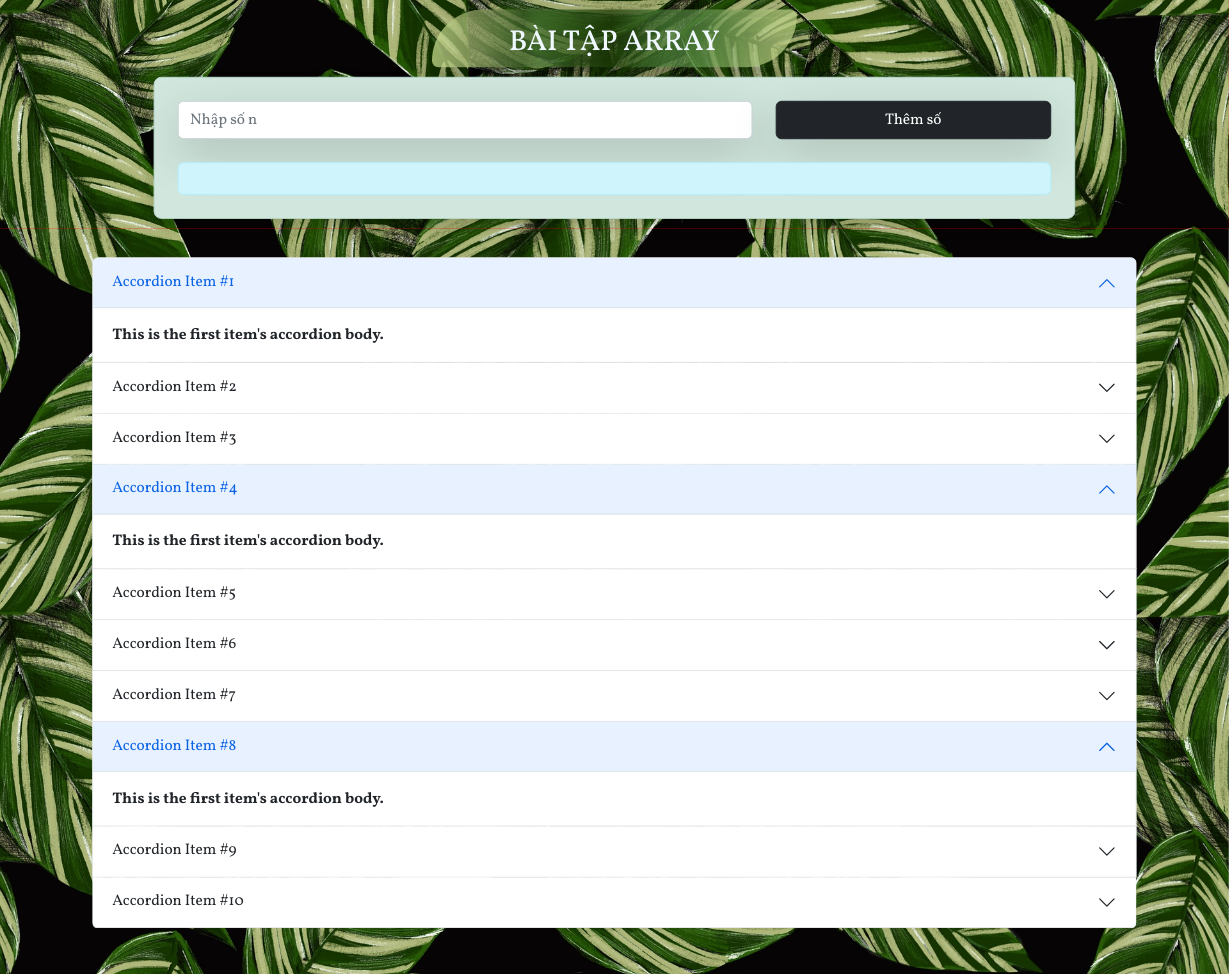
Repository: hcozyph/TranHuuPhuoc_BC43_BT_JS_Buoi7_8_ARRAY
Page: index.html
The author's editor kept a copy of each file at every save. The page is drawn from the files as they stood at one save, then again after the next save.
The browser window is 1280 px wide. The pictures show the whole page, at 96% of full size.
Backgrounds fixed to the window are drawn as part of the page.

Above is the page before, as saved 2023-02-22 17:06:11.

### index.html
<!DOCTYPE html>
<html lang="en">
    <head>
        <title>BT Array</title>
        <!-- Required meta tags -->
        <meta charset="utf-8" />
        <meta
            name="viewport"
            content="width=device-width, initial-scale=1, shrink-to-fit=no"
        />
        <!-- font -->
        <link rel="preconnect" href="https://fonts.googleapis.com" />
        <link rel="preconnect" href="https://fonts.gstatic.com" crossorigin />
        <link
            href="https://fonts.googleapis.com/css2?family=Fraunces:ital,opsz,wght@0,9..144,600;0,9..144,700;1,9..144,300;1,9..144,400;1,9..144,500;1,9..144,600;1,9..144,700;1,9..144,800&family=Vollkorn:ital,wght@0,400;0,500;0,600;0,700;0,800;0,900;1,400;1,500;1,600;1,700;1,800;1,900&display=swap"
            rel="stylesheet"
        />
        <!-- Bootstrap CSS v5.2.1 -->
        <link
            href="https://cdn.jsdelivr.net/npm/bootstrap@5.2.1/dist/css/bootstrap.min.css"
            rel="stylesheet"
            integrity="sha384-iYQeCzEYFbKjA/T2uDLTpkwGzCiq6soy8tYaI1GyVh/UjpbCx/TYkiZhlZB6+fzT"
            crossorigin="anonymous"
        />

        <!-- index.css -->
        <link rel="stylesheet" href="./css/index.css" />
    </head>

    <body>
        <div class="container">
            <div class="bt-array-top">
                <div class="bt-array-title pt-2 shadow-lg">
                    <h1
                        class="text-center shadow-lg p-2"
                        ;
                        style="font-size: 30px"
                    >
                        BÀI TẬP ARRAY
                    </h1>
                </div>

                <div
                    id="mainArray"
                    class="alert alert-success rounded-3 shadow p-4"
                    style="margin: 10px auto; width: 75%"
                >
                    <div class="row row-cols-3">
                        <div class="col-8">
                            <input
                                id="user-input"
                                type="number"
                                class="form-control shadow-lg py-2"
                                placeholder="Nhập số n"
                                style="height: 100%"
                            />
                        </div>
                        <div class="col">
                            <button
                                id="user-btn"
                                class="btn btn-dark shadow-lg"
                                style="height: 100%; width: 100%"
                            >
                                Thêm số
                            </button>
                        </div>
                    </div>

                    <div
                        class="alert alert-info mt-4 mb-0 text-break"
                        style="display: block"
                        role="alert"
                    >
                        <span id="user-array" style="display: block"></span>
                    </div>
                </div>
            </div>

            <div class="bt-array-content p-xl-5 p-4 mx-5">
                <div class="accordion" id="accordionExample">
                    <!-- Task 1 -->
                    <div class="accordion-item" id="bt1">
                        <h2 class="accordion-header" id="headingOne">
                            <button
                                class="accordion-button"
                                type="button"
                                data-bs-toggle="collapse"
                                data-bs-target="#collapseOne"
                                aria-expanded="true"
                                aria-controls="collapseOne"
                            >
                                Accordion Item #1
                            </button>
                        </h2>
                        <div
                            id="collapseOne"
                            class="accordion-collapse collapse show"
                            aria-labelledby="headingOne"
                            data-bs-parent="#accordionExample"
                        >
                            <div class="accordion-body">
                                <strong
                                    >This is the first item's accordion
                                    body.</strong
                                >
                            </div>
                        </div>
                    </div>
                    <!-- End-Task 1 -->

                    <!-- Task 2 -->
                    <div class="accordion-item">
                        <h2 class="accordion-header" id="headingTwo">
                            <button
                                class="accordion-button collapsed"
                                type="button"
                                data-bs-toggle="collapse"
                                data-bs-target="#collapseTwo"
                                aria-expanded="false"
                                aria-controls="collapseTwo"
                            >
                                Accordion Item #2
                            </button>
                        </h2>
                        <div
                            id="collapseTwo"
                            class="accordion-collapse collapse"
                            aria-labelledby="headingTwo"
                            data-bs-parent="#accordionExample"
                        >
                            <div class="accordion-body">
                                <strong
                                    >This is the second item's accordion
                                    body.</strong
                                >
                            </div>
                        </div>
                    </div>
                    <!-- End-Task 2 -->

                    <!-- Task 3 -->
                    <div class="accordion-item">
                        <h2 class="accordion-header" id="headingThree">
                            <button
                                class="accordion-button collapsed"
                                type="button"
                                data-bs-toggle="collapse"
                                data-bs-target="#collapseThree"
                                aria-expanded="false"
                                aria-controls="collapseThree"
                            >
                                Accordion Item #3
                            </button>
                        </h2>
                        <div
                            id="collapseThree"
                            class="accordion-collapse collapse"
                            aria-labelledby="headingThree"
                            data-bs-parent="#accordionExample"
                        >
                            <div class="accordion-body">
                                <strong
                                    >This is the third item's accordion
                                    body.</strong
                                >
                            </div>
                        </div>
                    </div>
                    <!-- End-Task 3 -->

                    <!-- Task 4 -->
                    <div class="accordion-item">
                        <h2 class="accordion-header" id="headingFour">
                            <button
                                class="accordion-button"
                                type="button"
                                data-bs-toggle="collapse"
                                data-bs-target="#collapseFour"
                                aria-expanded="true"
                                aria-controls="collapseFour"
                            >
                                Accordion Item #4
                            </button>
                        </h2>
                        <div
                            id="collapseFour"
                            class="accordion-collapse collapse show"
                            aria-labelledby="headingFour"
                            data-bs-parent="#accordionExample"
                        >
                            <div class="accordion-body">
                                <strong
                                    >This is the first item's accordion
                                    body.</strong
                                >
                            </div>
                        </div>
                    </div>
                    <!-- End-Task 4 -->

                    <!-- Task 5 -->
                    <div class="accordion-item">
                        <h2 class="accordion-header" id="headingFive">
                            <button
                                class="accordion-button collapsed"
                                type="button"
                                data-bs-toggle="collapse"
                                data-bs-target="#collapseFive"
                                aria-expanded="false"
                                aria-controls="collapseFive"
                            >
                                Accordion Item #5
                            </button>
                        </h2>
                        <div
                            id="collapseFive"
                            class="accordion-collapse collapse"
                            aria-labelledby="headingFive"
                            data-bs-parent="#accordionExample"
                        >
                            <div class="accordion-body">
                                <strong
                                    >This is the second item's accordion
                                    body.</strong
                                >
                            </div>
                        </div>
                    </div>
                    <!-- End-Task 5 -->

                    <!-- Task 6 -->
                    <div class="accordion-item">
                        <h2 class="accordion-header" id="headingSix">
                            <button
                                class="accordion-button collapsed"
                                type="button"
                                data-bs-toggle="collapse"
                                data-bs-target="#collapseSix"
                                aria-expanded="false"
                                aria-controls="collapseSix"
                            >
                                Accordion Item #6
                            </button>
                        </h2>
                        <div
                            id="collapseSix"
                            class="accordion-collapse collapse"
                            aria-labelledby="headingSix"
                            data-bs-parent="#accordionExample"
                        >
                            <div class="accordion-body">
                                <strong
                                    >This is the third item's accordion
                                    body.</strong
                                >
                            </div>
                        </div>
                    </div>
                    <!-- End-Task 6 -->

                    <!-- Task 7 -->
                    <div class="accordion-item">
                        <h2 class="accordion-header" id="headingSeven">
                            <button
                                class="accordion-button collapsed"
                                type="button"
                                data-bs-toggle="collapse"
                                data-bs-target="#collapseSeven"
                                aria-expanded="false"
                                aria-controls="collapseSeven"
                            >
                                Accordion Item #7
                            </button>
                        </h2>
                        <div
                            id="collapseSeven"
                            class="accordion-collapse collapse"
                            aria-labelledby="headingSeven"
                            data-bs-parent="#accordionExample"
                        >
                            <div class="accordion-body">
                                <strong
                                    >This is the third item's accordion
                                    body.</strong
                                >
                            </div>
                        </div>
                    </div>
                    <!-- End-Task 7 -->

                    <!-- Task 8 -->
                    <div class="accordion-item">
                        <h2 class="accordion-header" id="headingEight">
                            <button
                                class="accordion-button"
                                type="button"
                                data-bs-toggle="collapse"
                                data-bs-target="#collapseEight"
                                aria-expanded="true"
                                aria-controls="collapseEight"
                            >
                                Accordion Item #8
                            </button>
                        </h2>
                        <div
                            id="collapseEight"
                            class="accordion-collapse collapse show"
                            aria-labelledby="headingEight"
                            data-bs-parent="#accordionExample"
                        >
                            <div class="accordion-body">
                                <strong
                                    >This is the first item's accordion
                                    body.</strong
                                >
                            </div>
                        </div>
                    </div>
                    <!-- End-Task 8 -->

                    <!-- Task 9 -->
                    <div class="accordion-item">
                        <h2 class="accordion-header" id="headingNine">
                            <button
                                class="accordion-button collapsed"
                                type="button"
                                data-bs-toggle="collapse"
                                data-bs-target="#collapseNine"
                                aria-expanded="false"
                                aria-controls="collapseNine"
                            >
                                Accordion Item #9
                            </button>
                        </h2>
                        <div
                            id="collapseNine"
                            class="accordion-collapse collapse"
                            aria-labelledby="headingNine"
                            data-bs-parent="#accordionExample"
                        >
                            <div class="accordion-body">
                                <strong
                                    >This is the second item's accordion
                                    body.</strong
                                >
                            </div>
                        </div>
                    </div>
                    <!-- End-Task 9 -->

                    <!-- Task 10 -->
                    <div class="accordion-item">
                        <h2 class="accordion-header" id="headingTen">
                            <button
                                class="accordion-button collapsed"
                                type="button"
                                data-bs-toggle="collapse"
                                data-bs-target="#collapseTen"
                                aria-expanded="false"
                                aria-controls="collapseTen"
                            >
                                Accordion Item #10
                            </button>
                        </h2>
                        <div
                            id="collapseTen"
                            class="accordion-collapse collapse"
                            aria-labelledby="headingTen"
                            data-bs-parent="#accordionExample"
                        >
                            <div class="accordion-body">
                                <strong
                                    >This is the third item's accordion
                                    body.</strong
                                >
                            </div>
                        </div>
                    </div>
                    <!-- End-Task 10 -->
                </div>
            </div>
        </div>

        <!-- Bootstrap JavaScript Libraries -->
        <script
            src="https://cdn.jsdelivr.net/npm/@popperjs/core@2.11.6/dist/umd/popper.min.js"
            integrity="sha384-oBqDVmMz9ATKxIep9tiCxS/Z9fNfEXiDAYTujMAeBAsjFuCZSmKbSSUnQlmh/jp3"
            crossorigin="anonymous"
        ></script>

        <script
            src="https://cdn.jsdelivr.net/npm/bootstrap@5.2.1/dist/js/bootstrap.min.js"
            integrity="sha384-7VPbUDkoPSGFnVtYi0QogXtr74QeVeeIs99Qfg5YCF+TidwNdjvaKZX19NZ/e6oz"
            crossorigin="anonymous"
        ></script>

        <!-- method.js -->
        <link rel="stylesheet" href="./js/method.js" />

        <!-- index.js -->
        <script src="./js/index.js"></script>
    </body>
</html>

### css/index.css
* {
    margin: 0;
    padding: 0;
    box-sizing: border-box;
    font-family: "Fraunces", serif;
    font-family: "Vollkorn", serif;
}

.container {
    margin: 0 auto;
    max-width: 1440px;
    overflow: hidden;
    padding: 0;

    background-image: url(../img/2.jpg);
    background-size: cover;
    background-position: inherit;
    background-repeat: no-repeat;
    background-attachment: fixed;

    /* height: 1000px; */
    position: relative;
}

.bt-array-top {
    position: fixed;
    width: 100%;
    padding-top: 10px;
    background-color: red;

    background-image: url(../img/2.jpg);
    background-size: cover;
    background-position: inherit;
    background-repeat: no-repeat;
    background-attachment: fixed;
    z-index: 5;
}

.bt-array-title {
    display: block;
    width: 380px;
    margin: 0 auto;
    border-radius: 80px 10px 80px 10px;

    font-size: 40px;
    font-weight: 700;
    /* background-color: red; */
    color: aliceblue;
    background: rgb(156, 173, 110);
    background: linear-gradient(
        90deg,
        rgba(198, 219, 142, 0.75) 0%,
        rgba(156, 173, 110, 0.75) 10%,
        rgba(60, 94, 39, 0.75) 25%,
        rgba(68, 112, 49, 0.75) 29%,
        rgba(27, 57, 5, 0.75) 49%,
        rgba(66, 114, 50, 0.75) 63%,
        rgba(90, 139, 69, 0.75) 74%,
        rgba(184, 203, 130, 0.75) 95%
    );
}

.bt-array-content {
    padding-top: 280px;
}
.accordion {
    padding-top: 220px;
    overflow: hidden;
    border: none;
}

### js/index.js
/* function getElementByID*/
function ID(n) {
    return document.getElementById("n");
}

/* End-function getElementByID*/

/*create-array*/
var mainArray = [];

document.getElementById("user-btn").onclick = function () {
    //input: userInput
    var userInput = Number(document.getElementById("user-input").value);

    //output: mainArray

    //process
    mainArray.push(userInput);

    document.getElementById("user-array").innerHTML = mainArray;
};

/*End-create-array*/

Loaded but not shown: js/method.js (no stored copy; drawn as an empty file)

After the next save:
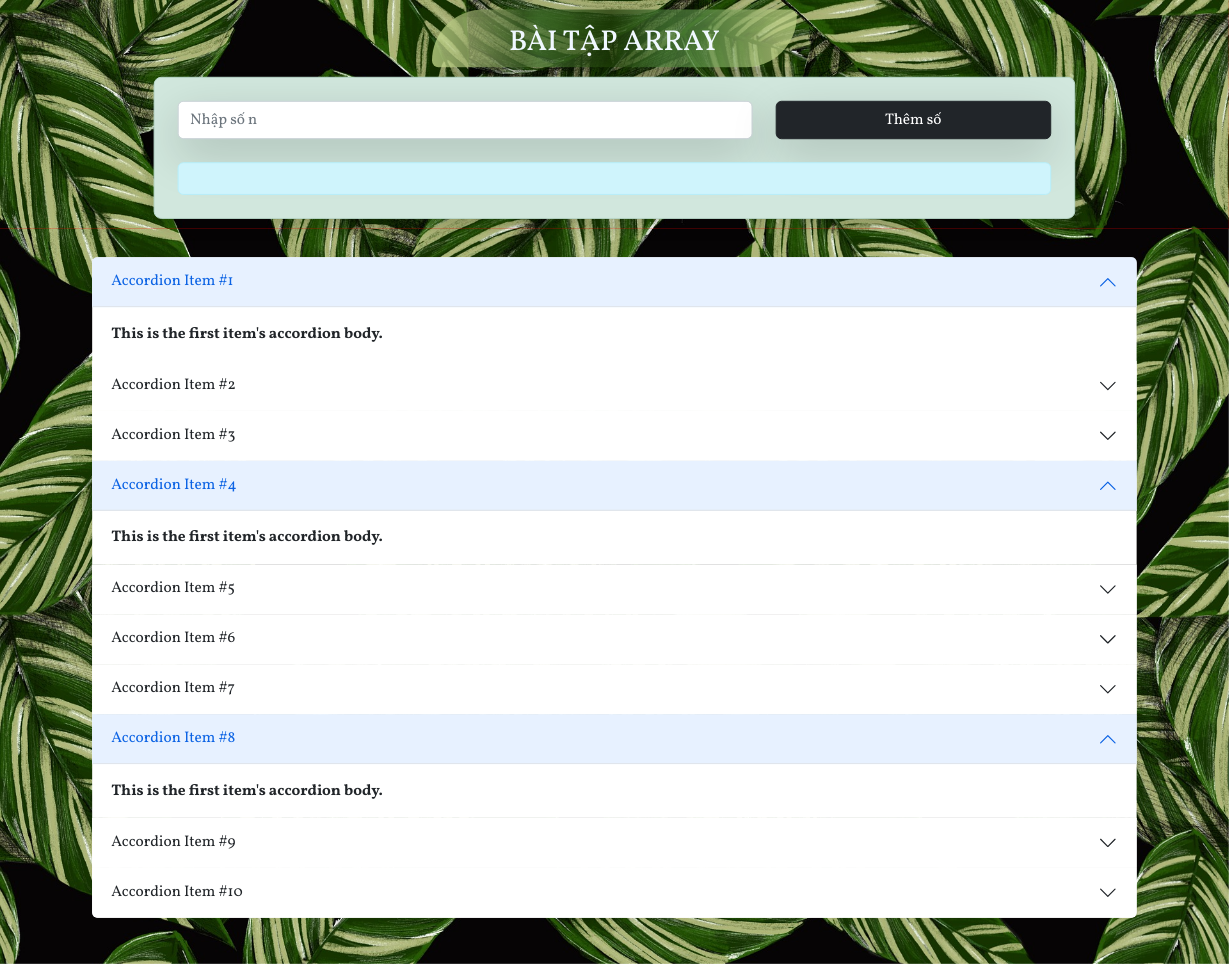
Saved 35 s later.
--- a/css/index.css
+++ b/css/index.css
@@ -65,6 +65,8 @@
 }
 .accordion {
     padding-top: 220px;
-    overflow: hidden;
+}
+
+.accordion-item {
     border: none;
 }

After the 2 saves that followed:
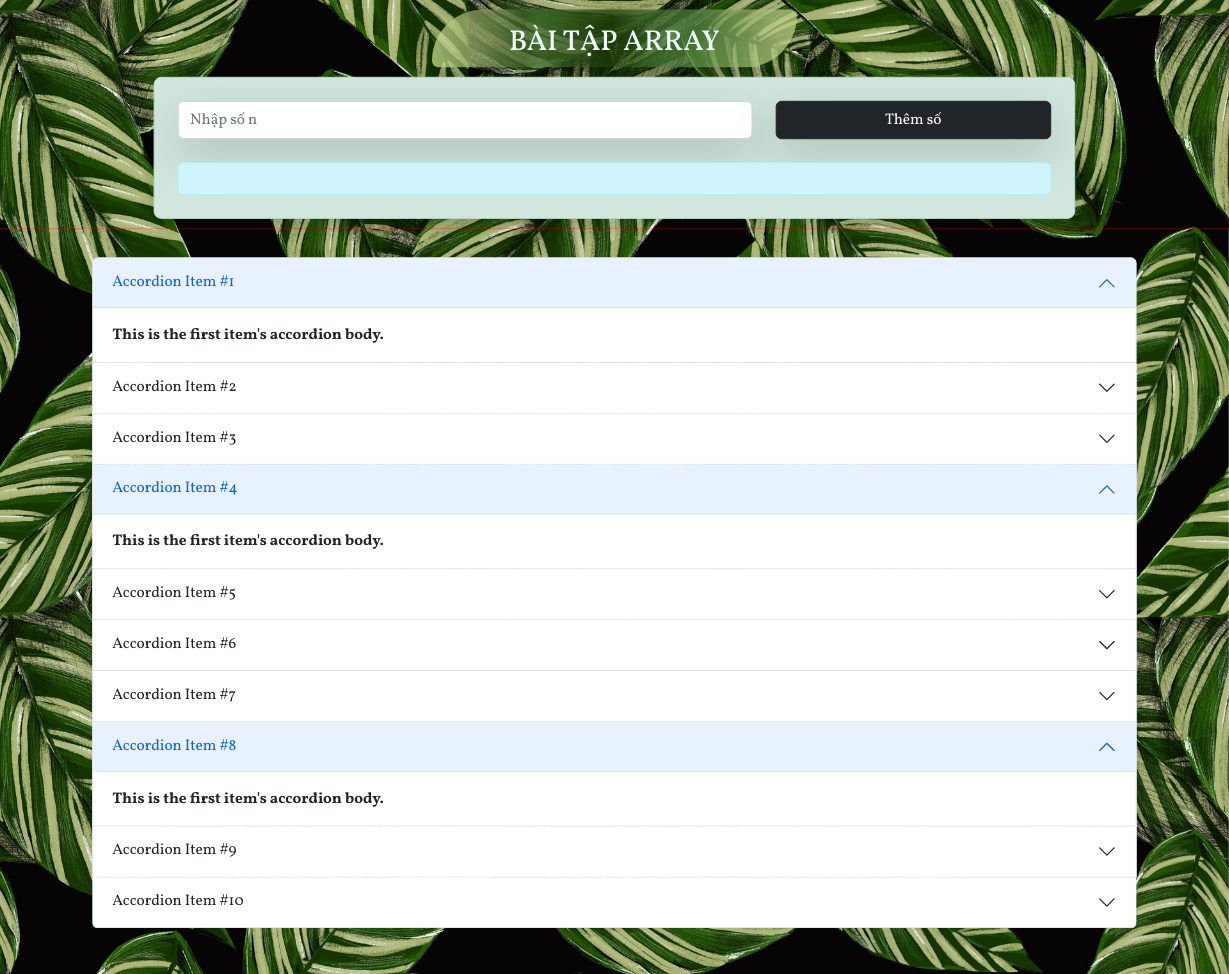
The 2 saves are shown as one change because 1 left the picture as it was.
The last was saved 2 min 6 s later.
--- a/css/index.css
+++ b/css/index.css
@@ -67,6 +67,6 @@
     padding-top: 220px;
 }
 
-.accordion-item {
+.accordion-button:focus {
     border: none;
 }
